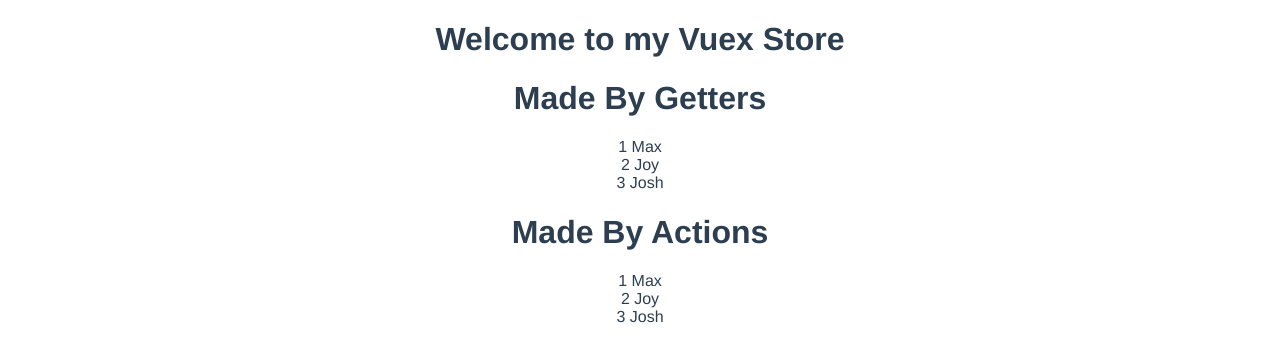
Repository: HaoMiffy/Vue3-compositionAPI-vuex-axios
Page: /
These files come from the project's save history. The page is drawn as it stood at one moment and after the next save; the edit follows.
The browser window is 1280 px wide. The pictures show the whole page.
The project was rebuilt for these pictures with package versions that can differ from the ones it lists, and the page was loaded fresh each time. Also part of the build but not shown: vue.config.js, src/components/HelloWorld.vue, src/views/HomeView.vue.

Above is the page before, as saved 2022-12-13 16:08:03.

### src/main.js
import { createApp } from 'vue'
import App from './App.vue'
import router from './router'
import store from './store'
import axios from 'axios'
import VueAxios from 'vue-axios'



createApp(App).use(VueAxios, axios).use(store).use(router).mount('#app')

### src/App.vue
<template>
  <div class="hello">
    <h1>{{ msg }}</h1>
    <h1>Made By Getters</h1>
    <div v-for="user in getUsers.users" :key="user.id">
      {{ user.id }} {{ user.name }} {{ user.address }}
    </div>
    <h1>Made By Actions</h1>
    <div v-for="user in users.users" :key="user.id">
      {{ user.id }} {{ user.name }} {{ user.address }}
    </div>
  </div>
</template>

<script setup>
import { ref, onMounted, computed } from "vue";
import { useStore } from "vuex";
const store = useStore();
const msg = ref("Welcome to my Vuex Store");
const getUsers = computed(() => {
  return store.getters.getUsers;
});
const users = computed(() => {
  return store.state.users;
});
onMounted(() => {
  store.dispatch("fetchUsers");
});
</script>





<style>
#app {
  font-family: Avenir, Helvetica, Arial, sans-serif;
  -webkit-font-smoothing: antialiased;
  -moz-osx-font-smoothing: grayscale;
  text-align: center;
  color: #2c3e50;
}

nav {
  padding: 30px;
}

nav a {
  font-weight: bold;
  color: #2c3e50;
}

nav a.router-link-exact-active {
  color: #42b983;
}
</style>

### src/store/index.js
import { createStore } from 'vuex'
import axios from 'axios'



export default createStore({
  state: {
    users:[]
  },
  getters: {
    getUsers: (state) => state.users,
  },
  actions: {
    async fetchUsers({ commit }) {
      try {
        const data = await axios.get(
          "/data.json"
        );
        commit("SET_USERS", data.data);
      } catch (error) {
        alert(error);
        console.log(error);
      }
    },
  },
  //to handle mutations
  mutations: {
    SET_USERS(state, users) {
      state.users = users;
    },
  },
  modules: {
  }
})

### public/data.json
{
    "title":"table",
    "users":[
        {
            "id":1,
            "name":"Max"
        },
        {
            "id":2,
            "name":"Joy"
        },
        {
            "id":3,
            "name":"Josh"
        }
    ],
    "posts":[
        {
            "title":1
        },
        {
            "title":2
        },
        {
            "title":3
        }
    ]
}

Loaded but not shown: public/index.html (common file); src/router/index.js (common file)

After the next save:
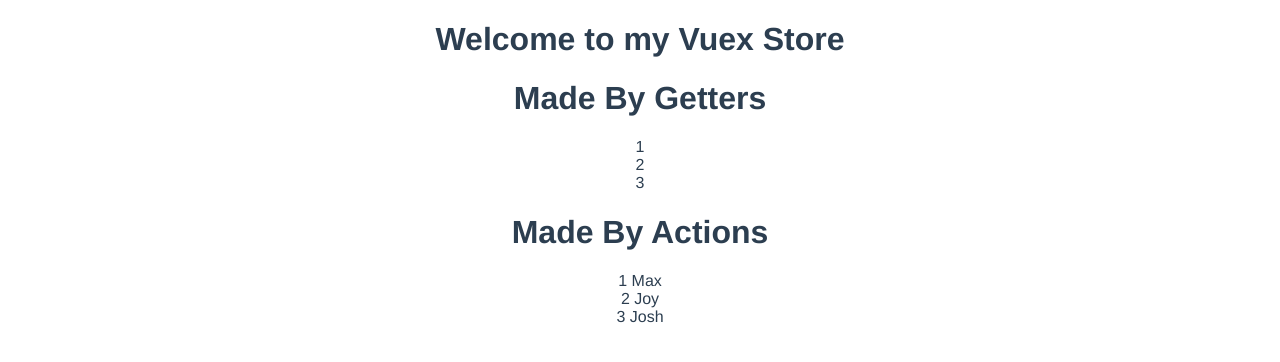
Saved 26 s later.
--- a/src/App.vue
+++ b/src/App.vue
@@ -2,8 +2,8 @@
   <div class="hello">
     <h1>{{ msg }}</h1>
     <h1>Made By Getters</h1>
-    <div v-for="user in getUsers.users" :key="user.id">
-      {{ user.id }} {{ user.name }} {{ user.address }}
+    <div v-for="user in getUsers.posts" :key="user.id">
+      {{ user.title }}
     </div>
     <h1>Made By Actions</h1>
     <div v-for="user in users.users" :key="user.id">
